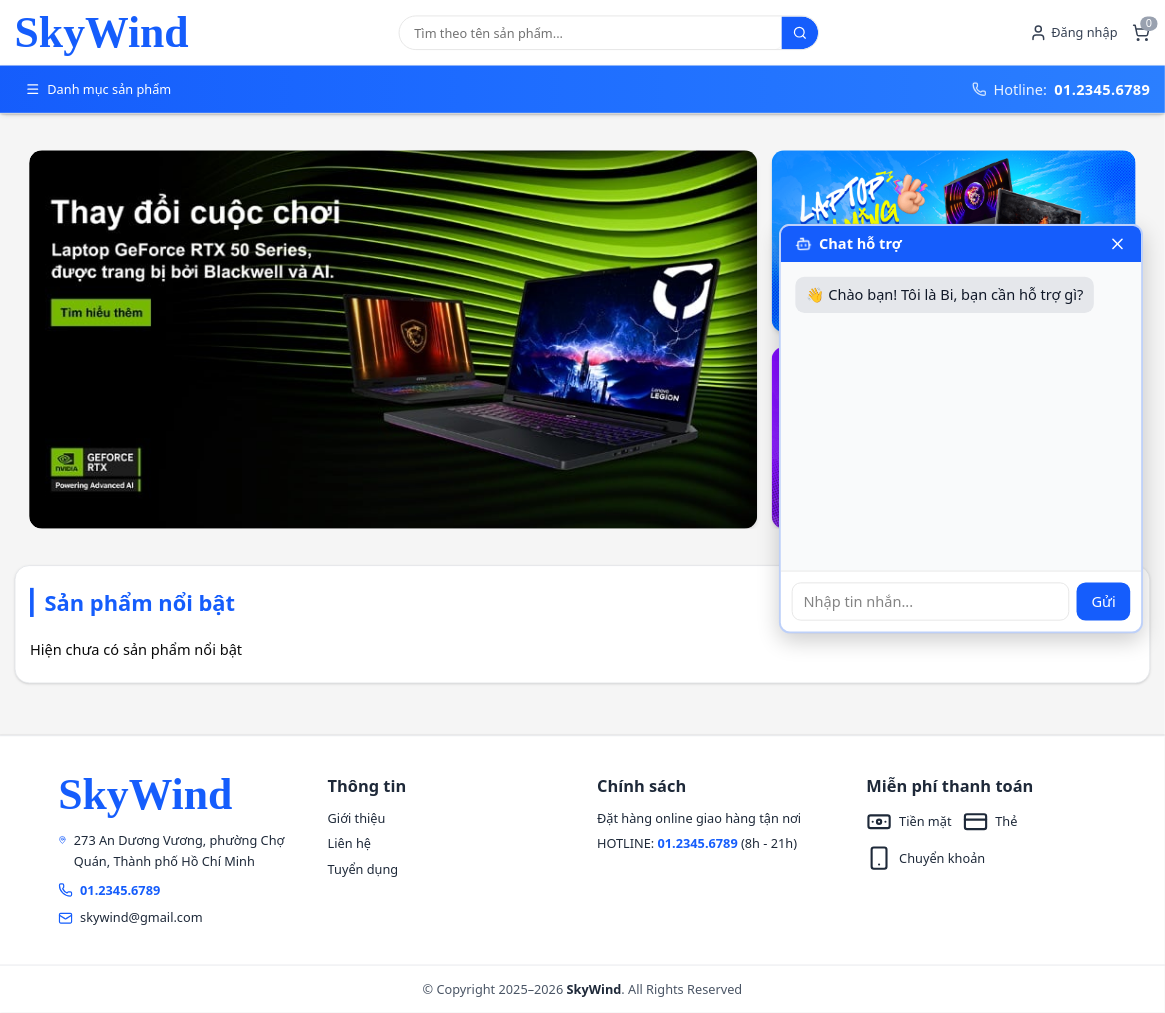
Repository: SkyWindd/project_skywind
Page: / (app in frontend/), after clicking the first element matching `button.p-4`
An editor plug-in stored every save of this project. The page is shown before and after the next save, followed by the edit.
The browser window is 1280 px wide. The pictures show the whole page, at 91% of full size.
The page's requests for data from a server got no answer. Some web fonts or font styles are not loaded; a fallback is used. The project was rebuilt for these pictures with package versions that can differ from the ones it lists, and the page was loaded fresh each time. No one was signed in, and anything a server would have sent is missing. Also part of the build but not shown: frontend/vite.config.js, frontend/src/components/ui/dropdown-menu.jsx, frontend/src/components/ui/separator.jsx, frontend/src/components/ui/breadcrumb.jsx, frontend/src/components/mainLayout/breadCrumb.jsx, frontend/src/routes/ProtectedRoute.jsx, frontend/src/components/ui/card.jsx, frontend/src/components/Product/productcard.jsx and 58 more.

Above is the page before, as saved 2026-05-16 18:10:11.

### frontend/index.html
<!doctype html>
<html lang="en">
  <head>
    <meta charset="UTF-8" />
    <link rel="icon" type="image/svg+xml" href="/vite.svg" />
    <meta name="viewport" content="width=device-width, initial-scale=1.0" />
    <title>website_project</title>
  </head>
  <body>
    <div id="root"></div>
    <script type="module" src="/src/main.jsx"></script>
  </body>
</html>

### frontend/src/App.jsx
import { BrowserRouter, Routes, Route } from "react-router-dom";
import { CartProvider } from "@/context/CartContext";
import { AuthProvider } from "@/context/AuthContext";
import { Toaster } from "sonner";
import { GoogleOAuthProvider } from "@react-oauth/google";

import MainLayout from "./layout/mainlayout";
import ProtectedRoute from "@/routes/ProtectedRoute";

import Home from "@/pages/home";
import Login from "@/pages/login";
import Register from "@/pages/register";
import ForgotPassword from "@/pages/forgotpassword";
import Product from "@/pages/product";
import ProductDetails from "@/pages/productdetail";
import CheckoutInfo from "@/pages/checkoutInfo";
import CheckoutPayment from "@/pages/checkoutPayment";
import UploadImage from "@/components/UploadImage";
import SearchResults from "@/pages/searchresults";
import Profile from "@/pages/profile";
import AdminDashboard from "@/admin/admindashboard";

export default function App() {
  return (
    <GoogleOAuthProvider clientId="1021298070223-mvdt4u4itl5vecpjsc2aibbvrs2l9hai.apps.googleusercontent.com">
      <BrowserRouter>
        <AuthProvider>
          <CartProvider>
            <Toaster richColors position="top-right" />
            <Routes>
              {/* Layout người dùng */}
              <Route path="/" element={<MainLayout />}>
                <Route index element={<Home />} />
                <Route path="login" element={<Login />} />
                <Route path="register" element={<Register />} />
                <Route path="forgotpassword" element={<ForgotPassword />} />
                <Route path="laptop" element={<Product />} />
                <Route path="laptop/:slug" element={<ProductDetails />} />
                <Route path="checkout-info" element={<CheckoutInfo />} />
                <Route path="checkoutPayment" element={<CheckoutPayment />} />
                <Route path="upload" element={<UploadImage />} />
                <Route path="search" element={<SearchResults />} />
                <Route path="profile" element={<Profile />} />
              </Route>

              {/* Admin routes */}
              <Route
                path="/admin/*"
                element={
                  <ProtectedRoute role="admin">
                    <AdminDashboard />
                  </ProtectedRoute>
                }
              />

              {/* Unauthorized */}
              <Route
                path="/unauthorized"
                element={
                  <h1 className="text-center p-10 text-red-600 font-semibold text-lg">
                    Không có quyền truy cập 🚫
                  </h1>
                }
              />

              {/* 404 */}
              <Route
                path="*"
                element={
                  <h1 className="text-center p-10 text-gray-600 font-semibold text-lg">
                    404 - Trang không tồn tại
                  </h1>
                }
              />
            </Routes>
          </CartProvider>
        </AuthProvider>
      </BrowserRouter>
    </GoogleOAuthProvider>
  );
}

### frontend/src/context/AuthContext.jsx
import React, { createContext, useContext, useState, useEffect } from "react";

const AuthContext = createContext();

export const AuthProvider = ({ children }) => {
  const [user, setUser] = useState(null);

  // ⭐ Load user từ sessionStorage
  useEffect(() => {
    const savedUser = sessionStorage.getItem("user");
    if (savedUser) {
      setUser(JSON.parse(savedUser));
    }
  }, []);

  // ⭐ Hàm login — FIX CHÍNH
  const login = (userData) => {
    const fixedUser = {
      ...userData,

      // ⚡ FIX: đảm bảo luôn lấy đúng user_id từ backend
      id: userData.user_id || userData.id || userData._id || null,

      // ⚡ FIX: đảm bảo role luôn tồn tại
      role: userData.role || "user",
    };

    setUser(fixedUser);
    sessionStorage.setItem("user", JSON.stringify(fixedUser));
  };

  // ⭐ Logout
  const logout = () => {
    setUser(null);
    sessionStorage.removeItem("user");
  };

  return (
    <AuthContext.Provider value={{ user, login, logout }}>
      {children}
    </AuthContext.Provider>
  );
};

export const useAuth = () => useContext(AuthContext);

### frontend/src/layout/mainlayout.jsx
import React from "react";
import { Outlet } from "react-router-dom";
import Header from "@/layout/header";
import Footer from "@/layout/footer";
import BreadcrumbNav from "@/components/mainLayout/breadCrumb";
import ChatBox from "../chatbox";
import { Toaster } from "sonner";

function MainLayout() {
  return (
    <div className="flex flex-col min-h-screen relative">
      {/* 🧭 Header cố định */}
      <header className="sticky top-0 z-50 bg-white shadow-md">
        <Header />
      </header>

      {/* 🧱 Breadcrumb */}
      <BreadcrumbNav />

      {/* 🧩 Nội dung chính */}
      <main className="flex-grow bg-secondary min-h-[70vh] p-4">
        <Outlet />
      </main>

      {/* ⚓ Footer */}
      <footer className="bg-white border-t">
        <Footer />
      </footer>

      {/* 🔔 Toast thông báo */}
      <Toaster position="top-right" richColors />

      {/* 💬 Chatbox nổi góc phải */}
      <div className="fixed bottom-6 right-6 z-[999]">
        <ChatBox />
      </div>
    </div>
  );
}

export default MainLayout;

### frontend/src/pages/home.jsx
import React, { useState, useEffect } from "react";
import ProductCard from "@/components/Product/productcard";
import Banner from "@/components/Home/banner";
import axios from "axios";

function Home() {
  const [products, setProducts] = useState([]);
  const [loading, setLoading] = useState(true);

  const banners = [
    "/banner/banner1.jpg",
    "/banner/banner2.jpg",
    "/banner/banner3.jpg",
  ];

  useEffect(() => {
    const fetchHotProducts = async () => {
      setLoading(true);
      try {
        const res = await axios.get(
          "http://localhost:5001/api/products/filter",
          {
            params: { is_hot: true },
          }
        );
        setProducts(res.data);
      } catch (err) {
        console.error("Lỗi khi tải sản phẩm nổi bật:", err);
      } finally {
        setLoading(false);
      }
    };

    fetchHotProducts();
  }, []);

  return (
    <div className="w-full">
      <div className="max-w-screen-xl mx-auto px-4 mt-6">
        <Banner images={banners} />
      </div>

      <section className="border border-gray-200 bg-white rounded-2xl p-6 shadow-sm max-w-screen-xl mx-auto px-4 mt-10 mb-10">
        <div className="flex items-center justify-between mb-6">
          <h2 className="text-2xl font-semibold text-blue-600 border-l-4 border-blue-600 pl-3">
            Sản phẩm nổi bật
          </h2>
        </div>

        {loading ? (
          <p>Đang tải sản phẩm...</p>
        ) : products.length === 0 ? (
          <p>Hiện chưa có sản phẩm nổi bật</p>
        ) : (
          <div className="grid grid-cols-1 md:grid-cols-3 lg:grid-cols-4 gap-6">
            {products.map((item) => (
              <ProductCard key={item.product_id} product={item} />
            ))}
          </div>
        )}
      </section>
    </div>
  );
}

export default Home;

### frontend/src/layout/header.jsx
import React, { useState } from "react";
import HeaderTop from "../components/Header/headerTop.jsx";
import HeaderBottom from "../components/Header/headerBottom";

export default function Header() {
  const [open, setOpen] = useState(false);

  return (
    <header className="w-full shadow-sm border-b">
      <HeaderTop open={open} setOpen={setOpen} />
      <HeaderBottom setOpen={setOpen} />
    </header>
  );
}

### frontend/src/components/Home/banner.jsx
import React from "react";
import Autoplay from "embla-carousel-autoplay"
import {
  Carousel,
  CarouselContent,
  CarouselItem,
  CarouselNext,
  CarouselPrevious,
} from "@/components/ui/carousel";

export default function Banner() {
     const plugin = React.useRef(
    Autoplay({ delay: 5000, stopOnInteraction: false })
  )
  const banners = [
    { id: 1, src: "/banner/banner1.jpg", alt: "Banner chính" },
    { id: 2, src: "/banner/banner2.png", alt: "Ảnh nhỏ 1" },
    { id: 3, src: "/banner/banner3.png", alt: "Ảnh nhỏ 2" },
  ];

  return (
    <div className="w-full">
      {/* Layout Desktop */}
      <div className="hidden md:flex flex-row gap-4 rounded-xl overflow-hidden">
        {/* Ảnh lớn bên trái */}
        <div className="w-2/3">
          <img
            src="/banner/banner1.jpg"
            alt="Banner chính"
            className="w-full h-full object-cover rounded-xl shadow-md"
          />
        </div>

        {/* Hai ảnh nhỏ bên phải */}
        <div className="w-1/3 flex flex-col gap-4">
          <img
            src="banner/banner2.png"
            alt="Ảnh nhỏ 1"
            className="w-full h-[49%] object-cover rounded-xl shadow-md"
          />
          <img
            src="banner/banner3.png"
            alt="Ảnh nhỏ 2"
            className="w-full h-[49%] object-cover rounded-xl shadow-md"
          />
        </div>
      </div>

      {/* Layout Mobile */}
      <div className="md:hidden relative mt-3">
        <Carousel
         opts={{
            align: "start",
            loop: true, // 🔁 Cho phép lặp vô hạn
        }}
        plugins={[plugin.current]} // 🔧 Gắn plugin autoplay
        className="w-full">
          <CarouselContent>
            {banners.map((item) => (
              <CarouselItem key={item.id} className="flex justify-center">
                <img
                  src={item.src}
                  alt={item.alt}
                  className="w-full h-full object-contain rounded-xl shadow-md"
                />
              </CarouselItem>
            ))}
          </CarouselContent>

          {/* Nút điều hướng */}
          <CarouselPrevious className="left-3 bg-white/70 hover:bg-white text-gray-800" />
          <CarouselNext className="right-3 bg-white/70 hover:bg-white text-gray-800" />
        </Carousel>
      </div>
    </div>
  );
}

### frontend/src/components/ui/button.jsx
"use client"

import * as React from "react"
import { Slot } from "@radix-ui/react-slot"
import { cva } from "class-variance-authority"
import { cn } from "@/lib/utils"

const buttonVariants = cva(
  "inline-flex items-center justify-center gap-2 whitespace-nowrap rounded-md text-sm font-medium transition-all disabled:pointer-events-none disabled:opacity-50 [&_svg]:pointer-events-none [&_svg:not([class*='size-'])]:size-4 shrink-0 [&_svg]:shrink-0 outline-none focus-visible:border-ring focus-visible:ring-ring/50 focus-visible:ring-[3px] aria-invalid:ring-destructive/20 dark:aria-invalid:ring-destructive/40 aria-invalid:border-destructive",
  {
    variants: {
      variant: {
        default: "bg-primary text-primary-foreground hover:bg-primary/90",
        destructive:
          "bg-destructive text-white hover:bg-destructive/90 focus-visible:ring-destructive/20 dark:focus-visible:ring-destructive/40 dark:bg-destructive/60",
        outline:
          "border bg-background shadow-xs hover:bg-accent hover:text-accent-foreground dark:bg-input/30 dark:border-input dark:hover:bg-input/50",
        secondary:
          "bg-secondary text-secondary-foreground hover:bg-secondary/80",
        ghost:
          "hover:bg-accent hover:text-accent-foreground dark:hover:bg-accent/50",
        link: "text-primary underline-offset-4 hover:underline",
      },
      size: {
        default: "h-9 px-4 py-2 has-[>svg]:px-3",
        sm: "h-8 rounded-md gap-1.5 px-3 has-[>svg]:px-2.5",
        lg: "h-10 rounded-md px-6 has-[>svg]:px-4",
        icon: "size-9",
        "icon-sm": "size-8",
        "icon-lg": "size-10",
      },
    },
    defaultVariants: {
      variant: "default",
      size: "default",
    },
  }
)

const Button = React.forwardRef(
  ({ className, variant, size, asChild = false, ...props }, ref) => {
    const Comp = asChild ? Slot : "button"
    return (
      <Comp
        ref={ref}
        data-slot="button"
        className={cn(buttonVariants({ variant, size, className }))}
        {...props}
      />
    )
  }
)

Button.displayName = "Button"

export { Button, buttonVariants }

### frontend/src/components/ui/input.jsx
import * as React from "react"
import { cn } from "@/lib/utils"

const Input = React.forwardRef(({ className, type, ...props }, ref) => {
  return (
    <input
      ref={ref}
      type={type}
      data-slot="input"
      className={cn(
        "file:text-foreground placeholder:text-muted-foreground selection:bg-primary selection:text-primary-foreground dark:bg-input/30 border-input h-9 w-full min-w-0 rounded-md border bg-transparent px-3 py-1 text-base shadow-xs transition-[color,box-shadow] outline-none file:inline-flex file:h-7 file:border-0 file:bg-transparent file:text-sm file:font-medium disabled:pointer-events-none disabled:cursor-not-allowed disabled:opacity-50 md:text-sm",
        "focus-visible:border-ring focus-visible:ring-ring/50 focus-visible:ring-[3px]",
        "aria-invalid:ring-destructive/20 dark:aria-invalid:ring-destructive/40 aria-invalid:border-destructive",
        className
      )}
      {...props}
    />
  )
})

Input.displayName = "Input"

export { Input }

### frontend/src/components/Header/headerTop.jsx
import React from "react";
import { Button } from "@/components/ui/button";
import { Menu } from "lucide-react";
import { Link } from "react-router-dom";
import HeaderSearch from "./headerSearch";
import HeaderRight from "./headerRight";
import SidebarMenu from "../mainLayout/sideBarMenu";

export default function HeaderTop({ open, setOpen }) {
  return (
    <div className="relative">
      {/* Thanh chính */}
      <div className="flex items-center justify-between max-w-screen-xl mx-auto px-4 py-3">
        {/* Logo + Menu mobile */}
        <div className="flex items-center gap-2">
          <Button
            variant="ghost"
            size="icon"
            className="md:hidden text-gray-700 hover:text-blue-600"
            onClick={() => setOpen(true)} // ✅ Bấm menu sẽ mở sidebar
          >
            <Menu className="h-5 w-5" />
          </Button>

          <Link
            to="/"
            className="flex items-center gap-1 text-blue-600 font-extrabold md:text-5xl text-3xl font-[Birthstone]"
          >
            SkyWind
          </Link>
        </div>

        {/* Search desktop */}
        <div className="hidden md:flex flex-1 justify-center">
          <HeaderSearch />
        </div>

        {/* Account + Cart */}
        <HeaderRight />
      </div>

      {/* Sidebar Menu */}
      <SidebarMenu open={open} onClose={() => setOpen(false)} />
    </div>
  );
}

### frontend/src/components/Header/headerBottom.jsx
import React from "react";
import { Button } from "@/components/ui/button";
import { Menu, Phone } from "lucide-react";

export default function HeaderBottom({ setOpen }) {
  return (
    <div className="hidden md:block bg-gradient-to-r from-blue-600 to-blue-500 text-white text-sm shadow-sm">
      <div className="max-w-screen-xl mx-auto flex items-center justify-between px-4 py-2">
        {/* Danh mục sản phẩm */}
        <Button
          variant="ghost"
          onClick={() => setOpen(true)} // ✅ Gọi hàm từ HeaderTop
          className="flex items-center gap-2 text-white font-medium hover:bg-blue-700/20 transition-all duration-200 rounded-lg px-4 py-2 group"
        >
          <Menu className="h-4 w-4 group-hover:rotate-90 transition-transform duration-300" />
          <span>Danh mục sản phẩm</span>
        </Button>

        {/* Hotline */}
        <div className="flex items-center gap-2 text-sm sm:text-base font-medium">
          <Phone className="h-4 w-4 animate-pulse text-blue-100" />
          <span className="opacity-90">Hotline:</span>
          <b className="text-white tracking-wide hover:text-yellow-200 transition">
            01.2345.6789
          </b>
        </div>
      </div>
    </div>
  );
}

### frontend/src/ChatBox.css
/* --- Hiệu ứng phát sáng --- */
@keyframes glow {
  0%, 100% {
    box-shadow: 0 0 0 rgba(37, 99, 235, 0.3);
  }
  50% {
    box-shadow: 0 0 20px rgba(37, 99, 235, 0.7);
  }
}

.animate-glow {
  animation: glow 2s ease-in-out infinite;
}

/* --- Hiệu ứng lắc --- */
@keyframes wiggle {
  0%, 100% {
    transform: rotate(-5deg);
  }
  50% {
    transform: rotate(5deg);
  }
}

.animate-wiggle {
  animation: wiggle 2s ease-in-out infinite;
  display: inline-block;
}

/* --- Hiệu ứng xuất hiện --- */
@keyframes fadeIn {
  from {
    opacity: 0;
    transform: scale(0.9);
  }
  to {
    opacity: 1;
    transform: scale(1);
  }
}

.animate-fade-in {
  animation: fadeIn 0.3s ease-out;
}

/* --- Layout Chatbox --- */
.chatbox-container {
  width: 400px;
  height: 450px;
  background: #fff;
  border-radius: 12px;
  overflow: hidden;
  box-shadow: 0 8px 24px rgba(0, 0, 0, 0.2);
  display: flex;
  flex-direction: column;
  border: 2px solid rgba(37, 99, 235, 0.3);
}

/* --- Body có thanh cuộn cố định --- */
.chatbox-body {
  flex: 1;
  padding: 1rem;
  overflow-y: auto;
  background: #f9fafb;
  scroll-behavior: smooth;
}

.chatbox-body::-webkit-scrollbar {
  width: 6px;
}
.chatbox-body::-webkit-scrollbar-thumb {
  background: rgba(37, 99, 235, 0.6);
  border-radius: 4px;
}

### frontend/src/components/Header/headerSearch.jsx
import React, { useState } from "react";
import { Button } from "@/components/ui/button";
import { Input } from "@/components/ui/input";
import { Search } from "lucide-react";
import { Sheet, SheetTrigger, SheetContent } from "@/components/ui/sheet";
import { useNavigate } from "react-router-dom";

export default function HeaderSearch() {
  const [searchTerm, setSearchTerm] = useState("");
  const navigate = useNavigate();

  const handleSearch = (e) => {
    e.preventDefault();
    if (!searchTerm.trim()) return;
    navigate(`/search?query=${encodeURIComponent(searchTerm.trim())}`);
  };

  return (
    <>
      {/* Desktop */}
      <form
        onSubmit={handleSearch}
        className="hidden md:flex items-center w-1/2 bg-white border rounded-full overflow-hidden"
      >
        <Input
          placeholder="Tìm theo tên sản phẩm..."
          value={searchTerm}
          onChange={(e) => setSearchTerm(e.target.value)}
          className="border-none focus-visible:ring-0 px-4 py-2 text-sm"
        />
        <Button
          type="submit"
          className="bg-blue-600 rounded-none rounded-r-full px-4 hover:bg-blue-700"
        >
          <Search className="h-4 w-4 text-white" />
        </Button>
      </form>

      {/* Mobile */}
      <div className="flex md:hidden">
        <Sheet>
          <SheetTrigger asChild>
            <Button variant="ghost" size="icon">
              <Search className="h-4 w-4 text-gray-700 hover:text-blue-600" />
            </Button>
          </SheetTrigger>
          <SheetContent side="top" className="p-4">
            <form
              onSubmit={handleSearch}
              className="flex items-center w-full bg-white border rounded-full overflow-hidden"
            >
              <Input
                placeholder="Tìm theo tên sản phẩm..."
                value={searchTerm}
                onChange={(e) => setSearchTerm(e.target.value)}
                className="border-none focus-visible:ring-0 px-4 py-2 text-sm"
              />
              <Button
                type="submit"
                className="bg-blue-600 rounded-none rounded-r-full px-4 hover:bg-blue-700"
              >
                <Search className="h-4 w-4 text-white" />
              </Button>
            </form>
          </SheetContent>
        </Sheet>
      </div>
    </>
  );
}

Loaded but not shown: frontend/src/main.jsx (common file); frontend/src/lib/utils.js (common file); frontend/src/chatbox.jsx (214 lines, source omitted); frontend/src/components/Cart/cartDrawer.jsx (139 lines, source omitted); frontend/src/index.css (151 lines, source omitted); frontend/src/components/ui/carousel.jsx (194 lines, source omitted); frontend/src/components/Header/headerRight.jsx (100 lines, source omitted); frontend/src/components/ui/sheet.jsx (138 lines, source omitted); frontend/src/components/mainLayout/sideBarMenu.jsx (94 lines, source omitted); frontend/src/context/CartContext.jsx (136 lines, source omitted); frontend/src/layout/footer.jsx (86 lines, source omitted)

After the next save:
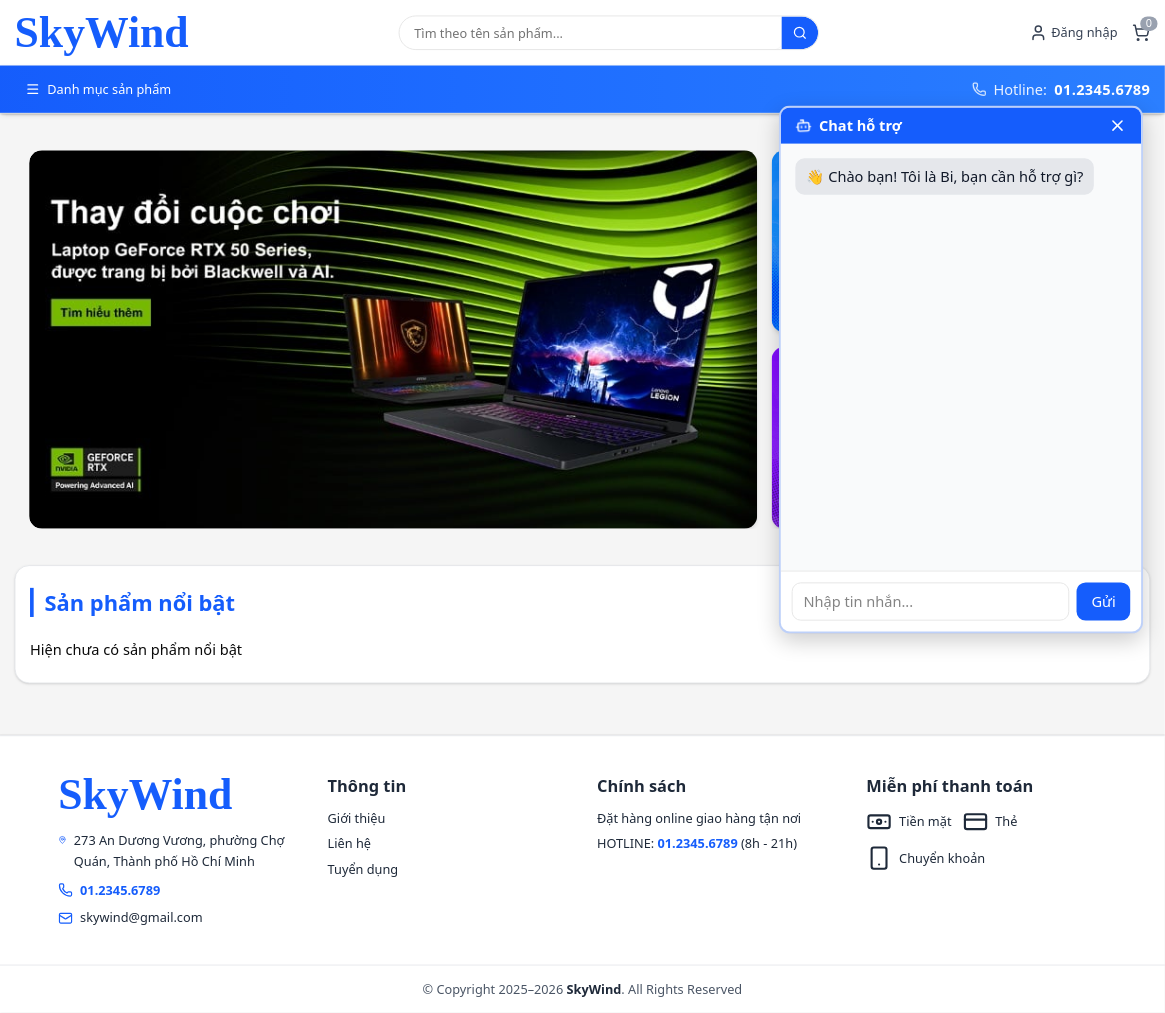
Saved 6 s later.
--- a/frontend/src/ChatBox.css
+++ b/frontend/src/ChatBox.css
@@ -46,7 +46,7 @@
 /* --- Layout Chatbox --- */
 .chatbox-container {
   width: 400px;
-  height: 450px;
+  height: 580px;
   background: #fff;
   border-radius: 12px;
   overflow: hidden;
